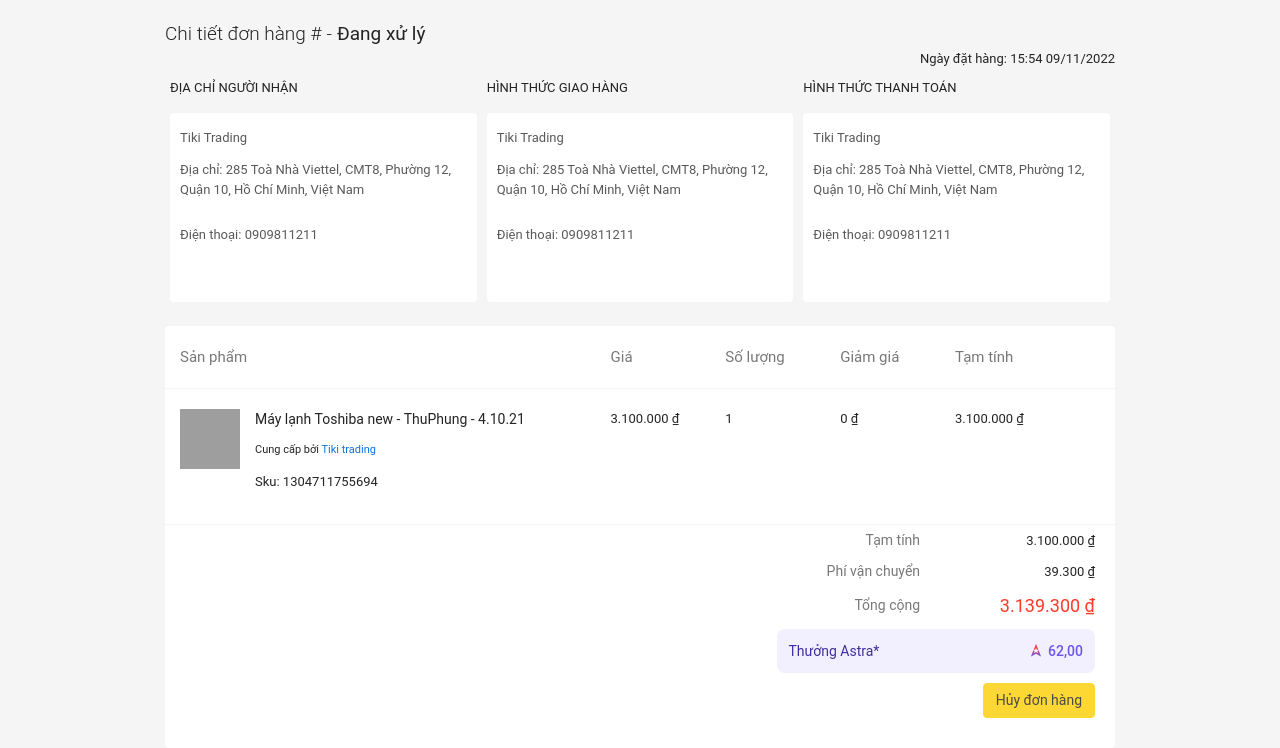
Repository: baopham2-tiki/tiki-order-listing
Page: /detailApp
These files come from the project's save history. The page is drawn as it stood at one moment and after the next save; the edit follows.
The browser window is 1280 px wide. The pictures show the whole page.
Pictures or frames that could not be fetched are drawn as grey boxes. The page's requests for data from a server got no answer. The project was rebuilt for these pictures with package versions that can differ from the ones it lists, and the page was loaded fresh each time. The framework's server and built-in components were replaced by stand-ins that run in the browser. No one was signed in, and anything a server would have sent is missing. Also part of the build but not shown: next.config.js.

Above is the page before, as saved 2022-11-12 13:56:24.

After the next save:
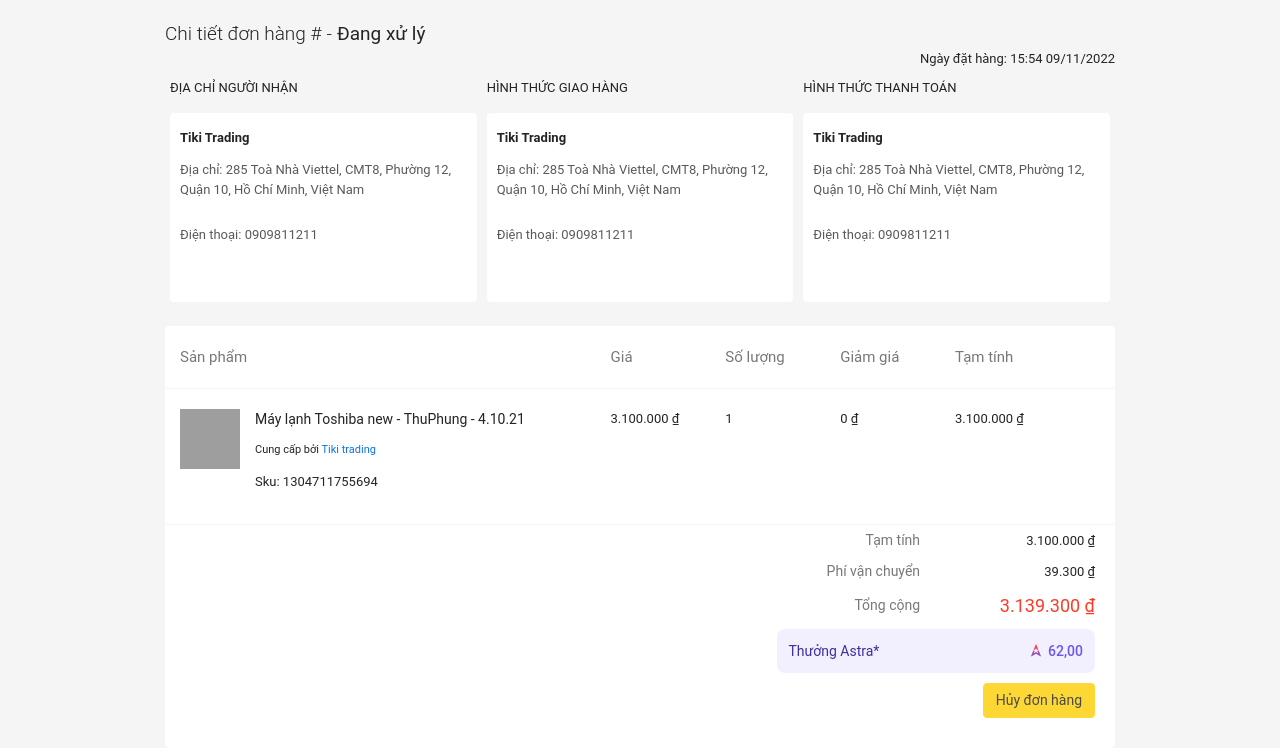
Saved 65 s later.
--- a/components/stylesDetail.jsx
+++ b/components/stylesDetail.jsx
@@ -62,6 +62,8 @@ export const Section = styled.div`
     height: 100%;
     .name {
       margin: 5px 0px 0px;
+      color: rgb(36, 36, 36);
+      font-weight: bold;
     }
   }
 `
